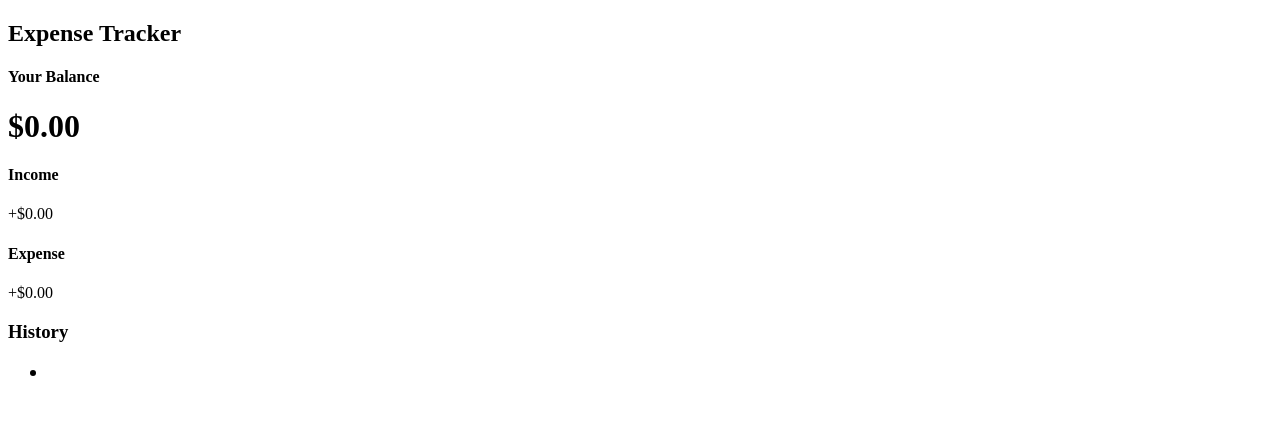
Repository: Youvelop/expenseTracker
Page: index.html
These files come from the project's save history. The page is drawn as it stood at one moment and after the next save; the edit follows.
The browser window is 1280 px wide. The pictures show the whole page.

Above is the page before, as saved 2020-06-30 12:33:31.

### index.html
<!DOCTYPE html>
<html lang="en">
  <head>
    <meta charset="UTF-8" />
    <meta name="viewport" content="width=device-width, initial-scale=1.0" />
    <link rel="stylesheet" href="style.css" />
    <title>Expense Tracker</title>
  </head>
  <body>
    <h2>Expense Tracker</h2>

    <div class="container">
      <h4>Your Balance</h4>
      <h1 id="balance">$0.00</h1>

      <div class="inc-exp-container">
        <div>
          <h4>Income</h4>
          <p id="money-plus" class="money plus">+$0.00</p>
        </div>
        <div>
          <h4>Expense</h4>
          <p id="money-minus" class="money minus">+$0.00</p>
        </div>
      </div>
    </div>

    <h3>
      History
      <ul id="list" class="list">
        <li class="minus"></li>
      </ul>
    </h3>

    <script src="script.js"></script>
  </body>
</html>

Loaded but not shown: script.js (no copy from this time; the picture is the same without it); style.css (no copy from this time; the picture is the same without it)

After the next save:
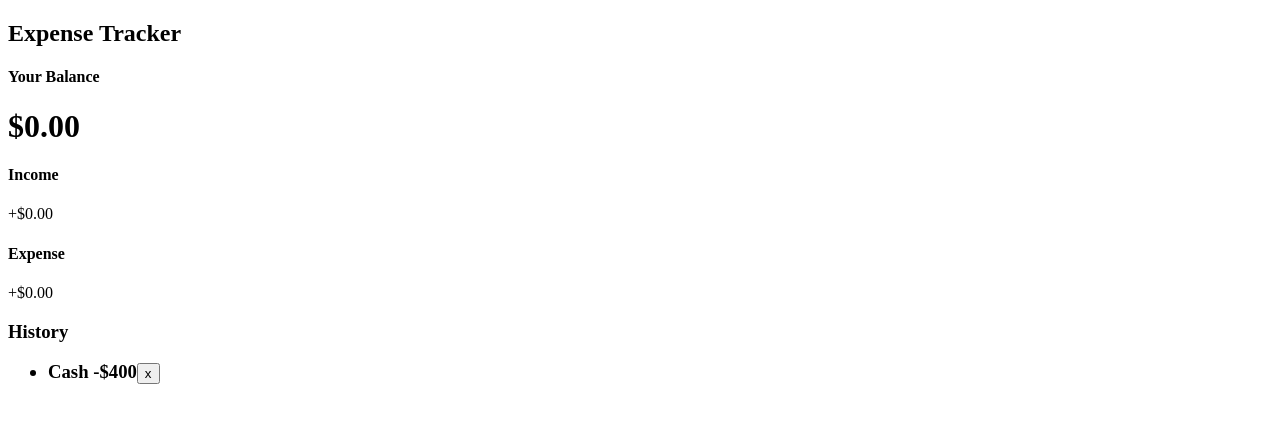
Saved 57 s later.
--- a/index.html
+++ b/index.html
@@ -28,7 +28,9 @@
     <h3>
       History
       <ul id="list" class="list">
-        <li class="minus"></li>
+        <li class="minus">
+          Cash <span>-$400</span><button class="delete-btn">x</button>
+        </li>
       </ul>
     </h3>
 
